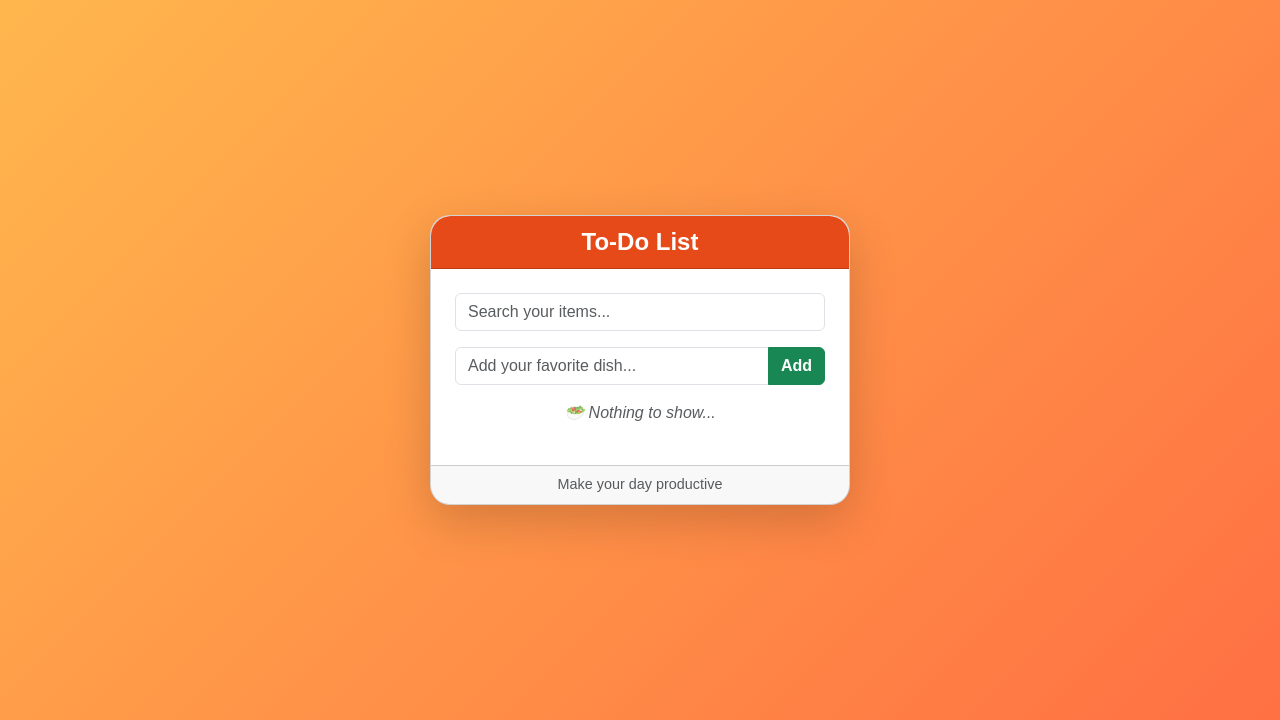
Repository: Dredphoenix/react-todo-app
Page: /
These files come from the project's save history. The page is drawn as it stood at one moment and after the next save; the edit follows.
The browser window is 1280 px wide. The pictures show the whole page.
The page's requests for data from a server got no answer. The project was rebuilt for these pictures with package versions that can differ from the ones it lists, and the page was loaded fresh each time. No one was signed in, and anything a server would have sent is missing. Also part of the build but not shown: vite.config.js.

Above is the page before, as saved 2025-10-01 14:23:46.

After the next save:
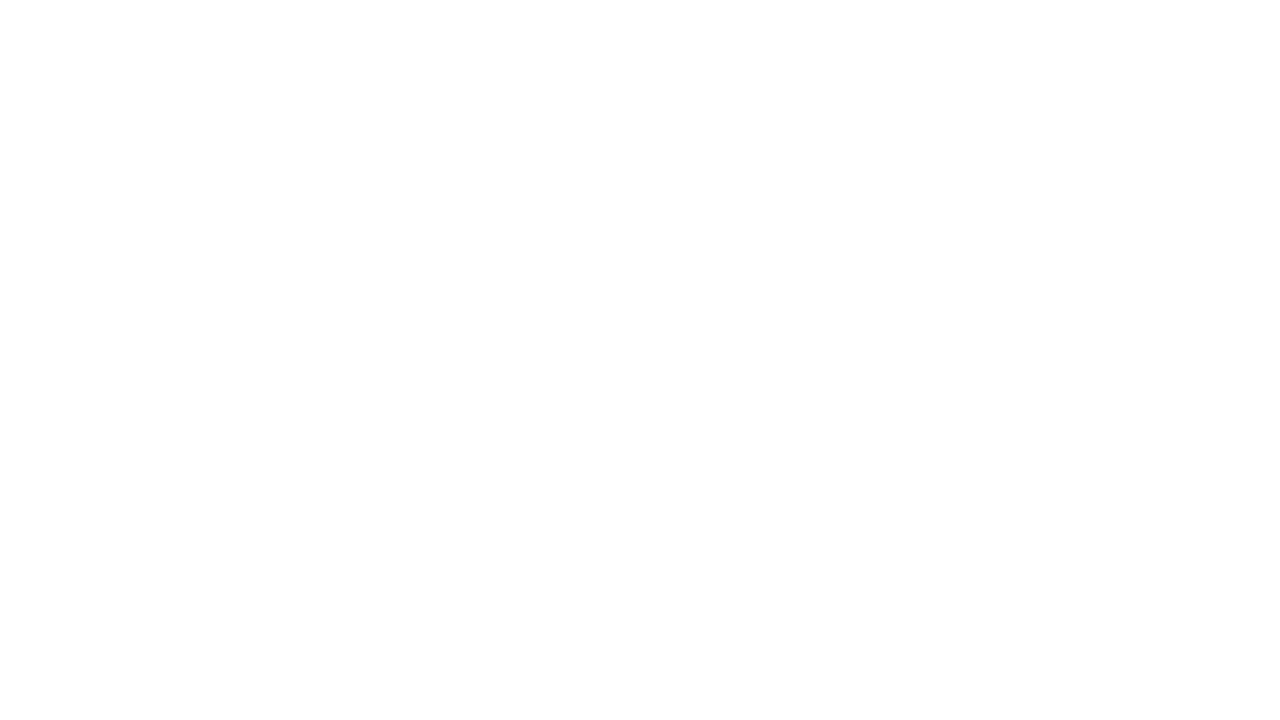
Console error: ReferenceError: handleAdd is not defined
Saved 77 s later.
--- a/src/pages/Home.jsx
+++ b/src/pages/Home.jsx
@@ -9,40 +9,40 @@
   const [search, setSearch] = useState("");
 
   // Handle Add / Edit
-  const handleAdd = () => {
-
- axios.post("http://localhost:5000/lists", { action: input })
-  .then((res) => console.log("Added:", res.data))
-  .catch((err) => console.log("Error:", err));
-
-
-    const trimmed = input.trim();
-
-    if (!trimmed) {
-      alert("Please enter a valid input");
-      return;
-    }
-
-    const isExist = items.find(
-      (item) => item.toLowerCase() === trimmed.toLowerCase()
-    );
-
-    if (isExist && editIndex === -1) {
-      alert("List item already exists");
-      return;
-    }
-
-    if (editIndex === -1) {
-      setItems([...items, trimmed]);
-    } else {
-      const updated = [...items];
-      updated[editIndex] = trimmed;
-      setItems(updated);
-      setEditIndex(-1);
-    }
-
-    setInput("");
-  };
+//   const handleAdd = () => {
+
+//  axios.post("http://localhost:5000/lists", { action: input })
+//   .then((res) => console.log("Added:", res.data))
+//   .catch((err) => console.log("Error:", err));
+
+
+//     const trimmed = input.trim();
+
+//     if (!trimmed) {
+//       alert("Please enter a valid input");
+//       return;
+//     }
+
+//     const isExist = items.find(
+//       (item) => item.toLowerCase() === trimmed.toLowerCase()
+//     );
+
+//     if (isExist && editIndex === -1) {
+//       alert("List item already exists");
+//       return;
+//     }
+
+//     if (editIndex === -1) {
+//       setItems([...items, trimmed]);
+//     } else {
+//       const updated = [...items];
+//       updated[editIndex] = trimmed;
+//       setItems(updated);
+//       setEditIndex(-1);
+//     }
+
+//     setInput("");
+//   };
 
   // Delete item
   const handleDelete = (index) => {

After the save that followed:
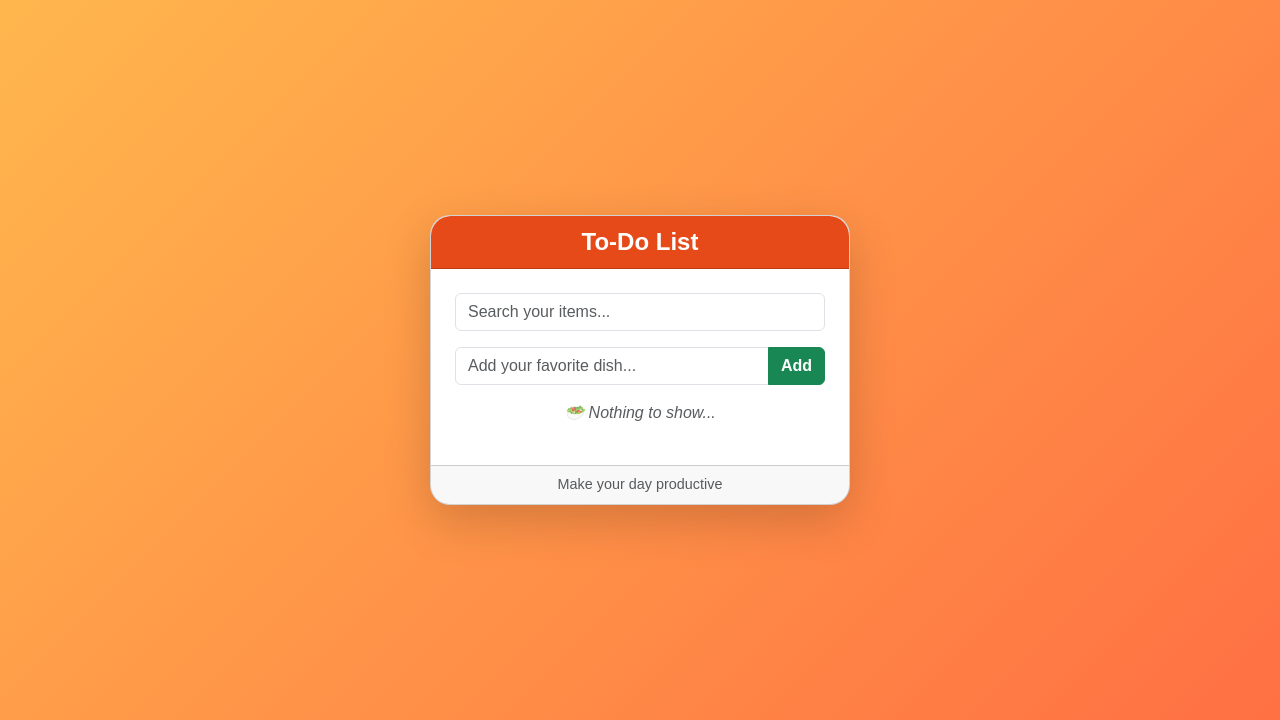
The error is gone.
Saved 4 s later.
--- a/src/pages/Home.jsx
+++ b/src/pages/Home.jsx
@@ -43,6 +43,35 @@
 
 //     setInput("");
 //   };
+const handleAdd = () => {
+  const trimmed = input.trim();
+  if (!trimmed) {
+    alert("Please enter a valid input");
+    return;
+  }
+
+  if (editIndex === -1) {
+    // ✅ Add new
+    axios.post("http://localhost:5000/lists", { action: trimmed })
+      .then((res) => {
+        setItems([...items, res.data.data]); // save full object from backend
+        setInput("");
+      })
+      .catch((err) => console.log("Error adding:", err));
+  } else {
+    // ✅ Update existing
+    const itemToUpdate = items[editIndex];
+    axios.put(`http://localhost:5000/lists/${itemToUpdate._id}`, { action: trimmed })
+      .then((res) => {
+        const updatedItems = [...items];
+        updatedItems[editIndex] = res.data.data; // replace with updated object
+        setItems(updatedItems);
+        setEditIndex(-1);
+        setInput(""); // clear input
+      })
+      .catch((err) => console.log("Error updating:", err));
+  }
+};
 
   // Delete item
   const handleDelete = (index) => {
